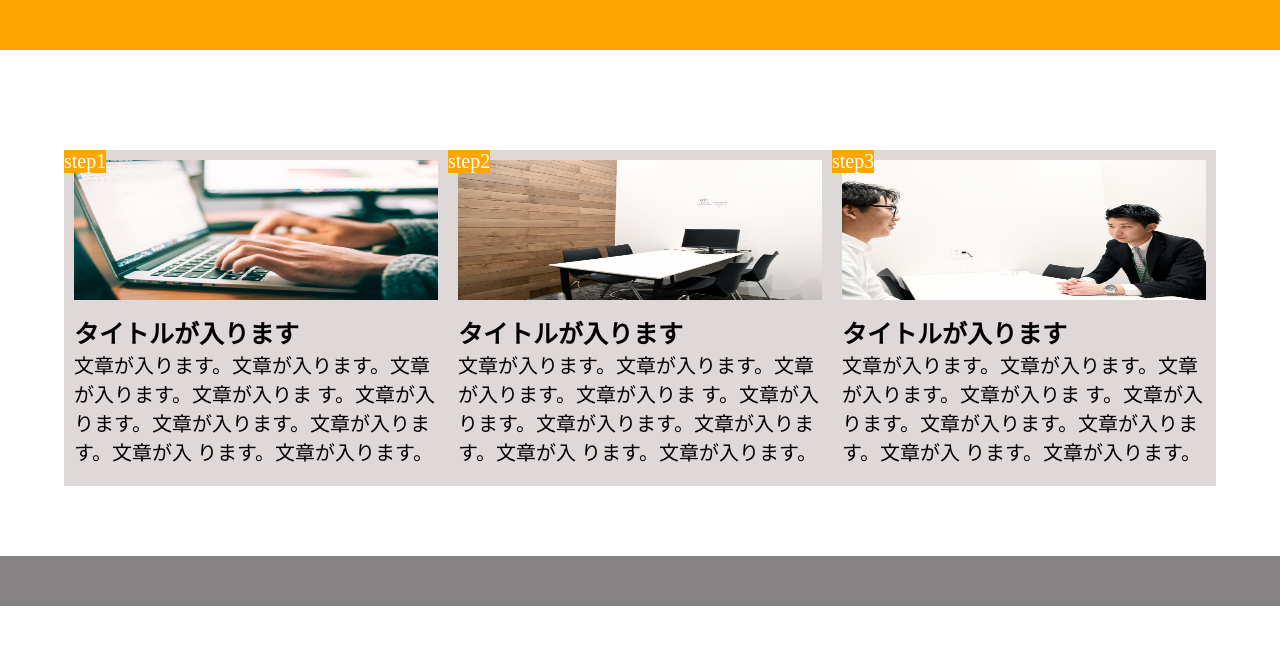
Repository: ishidaryu/ishidaryu
Page: HW/HW.html
The author's editor kept a record of every edit. The page is drawn from the files as they stood at one moment, then again after the next edit.
The browser window is 1280 px wide. The pictures show the whole page.

Above is the page before.

After the next edit:
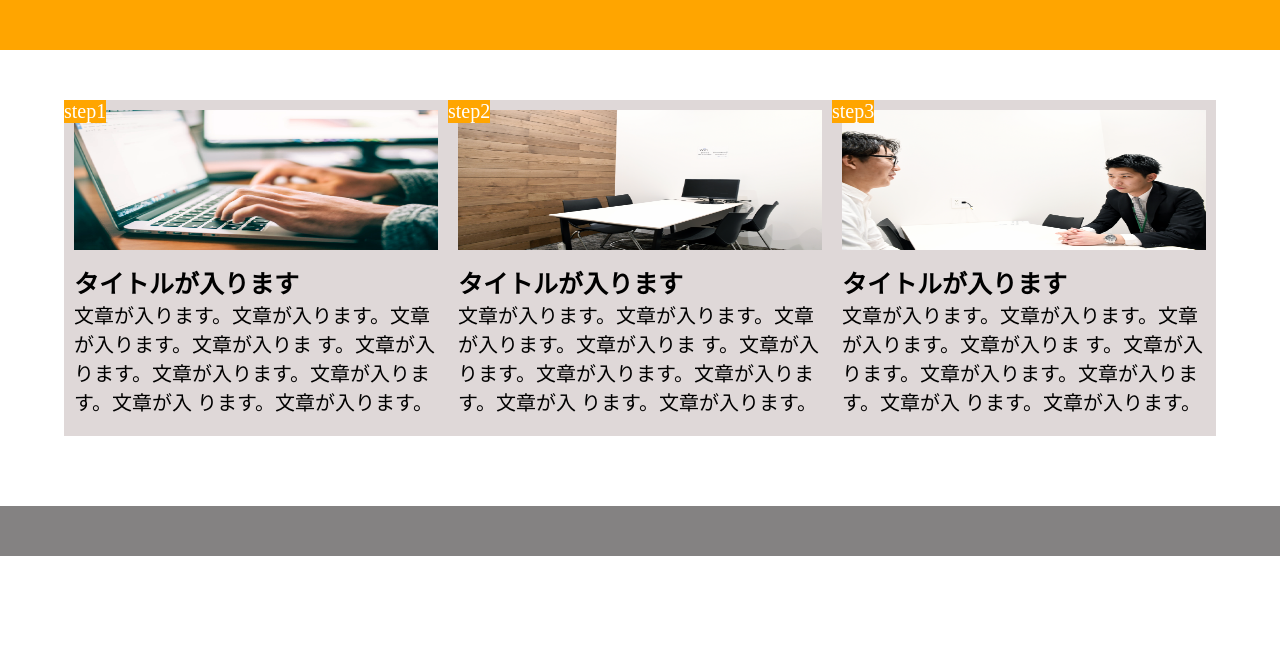
The edit:
--- a/HW/HW.css
+++ b/HW/HW.css
@@ -34,7 +34,6 @@
 .blog-box {
   display: flex;
   flex-warp: wrap;
-  padding-top: 50px;
 }
 
 .blog-box1 {
